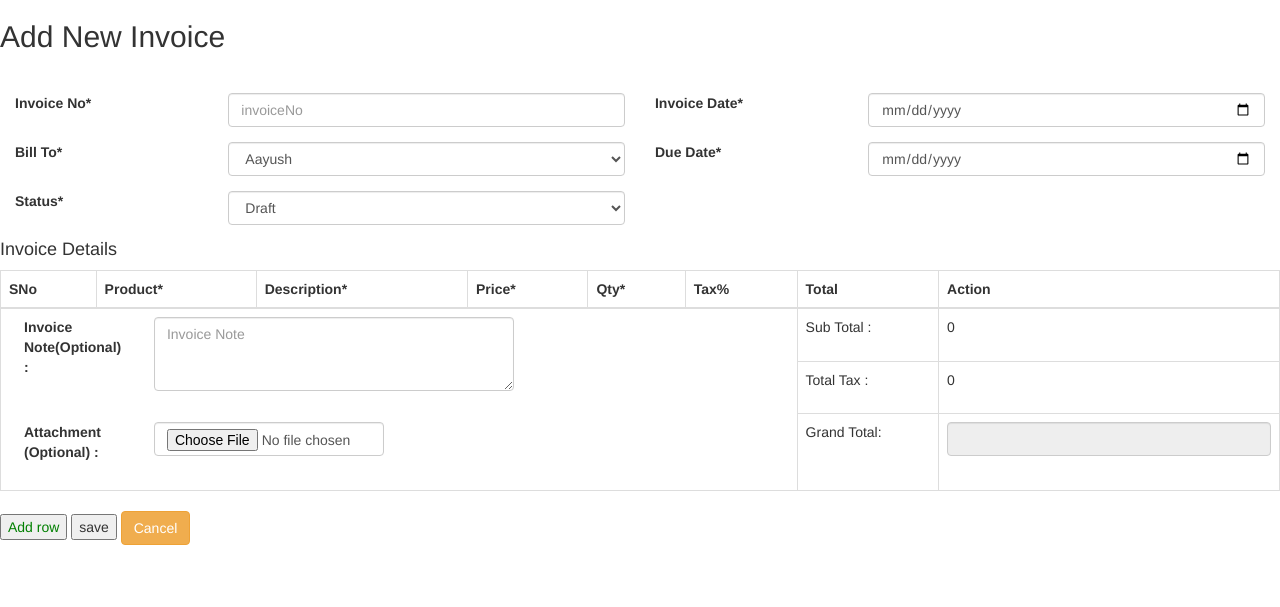
Repository: Aayush13013/Invoice_Management_app
Page: http://localhost/invoiceInfo/WEB-INF/jsp/new_invoiceInfo.jsp
An editor plug-in stored every save of this project. The page is shown before and after a run of saves, followed by the edit.
The browser window is 1280 px wide. The pictures show the whole page.
The page is served by Tomcat 9. Nobody is signed in. The template is opened directly, without the code that normally fills it, so the values that code supplies are empty.

Above is the page before, as saved 2021-12-27 16:44:01.

After the next 2 saves:
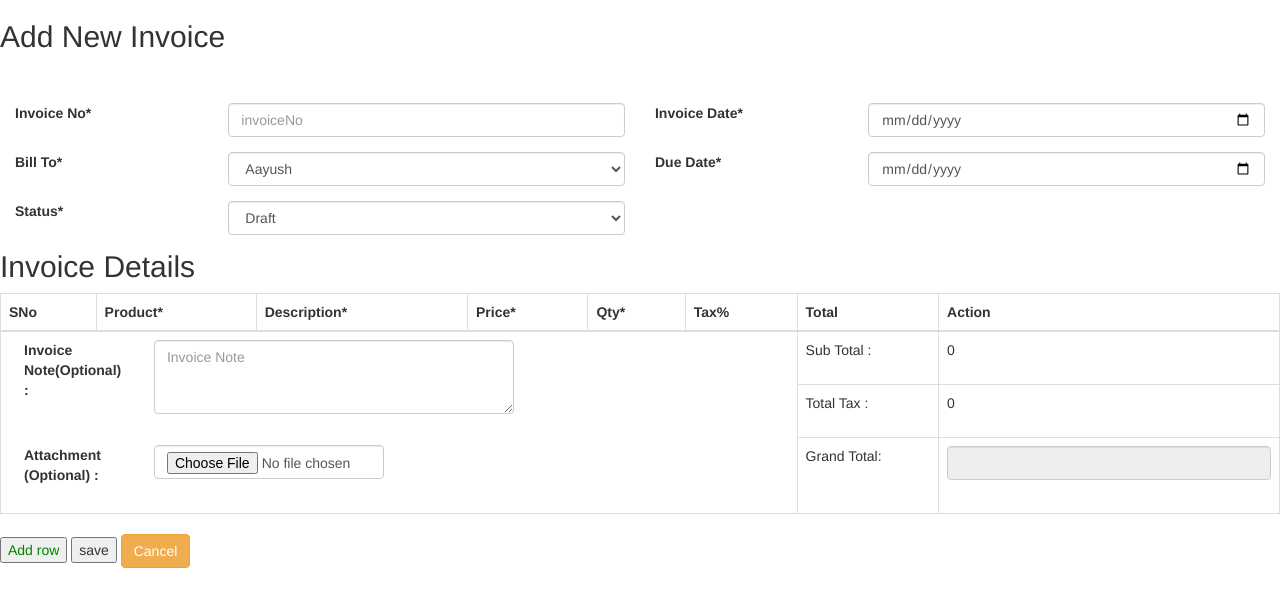
The 2 saves are shown as one change because they came seconds apart.
The last was saved 6 min 0 s later.
--- a/invoiceInfo/invoiceInfo/src/main/webapp/WEB-INF/jsp/new_invoiceInfo.jsp
+++ b/invoiceInfo/invoiceInfo/src/main/webapp/WEB-INF/jsp/new_invoiceInfo.jsp
@@ -151,7 +151,7 @@
 
 
 		<div class="form-row">
-			<h4>Invoice Details</h4>
+			<h2>Invoice Details</h2>
 
 			<table  class="table table-bordered">
 				<thead>
